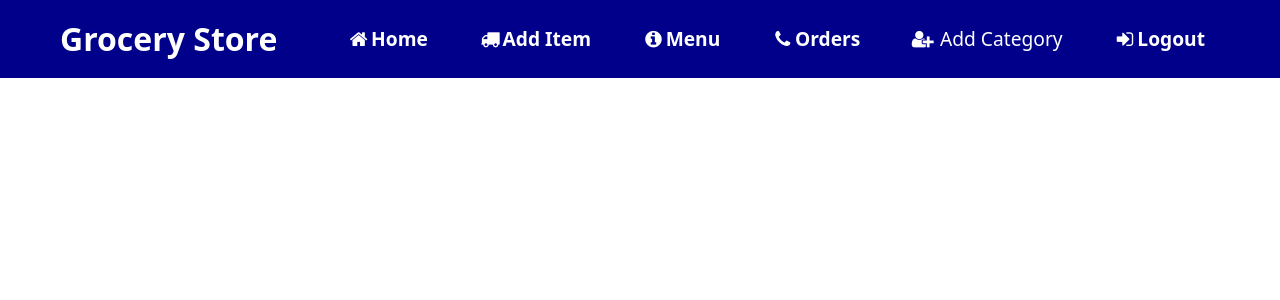
Repository: NagaMounikaY/GroceriesSubscriptionBookingManagement
Page: http://localhost/GroceriesSubBookingSystem/sellerHeader.jsp
An editor plug-in stored every save of this project. The page is shown before and after the next save, followed by the edit.
The browser window is 1280 px wide. The pictures show the whole page.
The page is served by Tomcat 9. Other server files are loaded and not shown.

Above is the page before, as saved 2024-09-13 17:04:10.

### GroceriesSubBookingSystem/src/main/webapp/sellerHeader.jsp
<%@ page language="java" contentType="text/html; charset=ISO-8859-1"
	pageEncoding="ISO-8859-1" isELIgnored="false"%>
<!DOCTYPE html PUBLIC "-//W3C//DTD HTML 4.01 Transitional//EN" "http://www.w3.org/TR/html4/loose.dtd">
<html>
<head>
<meta http-equiv="Content-Type" content="text/html; charset=ISO-8859-1">
<title>Courier Booking System</title>
<link
	href="https://stackpath.bootstrapcdn.com/bootstrap/5.3.0/css/bootstrap.min.css"
	rel="stylesheet">
<link rel="stylesheet"
	href="https://cdnjs.cloudflare.com/ajax/libs/font-awesome/4.7.0/css/font-awesome.min.css">
<style>
/* Header */
header {
	background: #00008B;
	color: #fff;
	padding: 15px 0;
	position: fixed;
	width: 100%;
	top: 0;
	left: 0;
	z-index: 1000;
}

header .container {
	display: flex;
	justify-content: space-between;
	align-items: center;
	max-width: 1200px;
	margin: 0 auto;
	padding: 0 20px;
}

header .logo {
	font-size: 2em; /* Increased size for the logo */
	font-weight: bold;
}

header nav ul {
	list-style: none;
	display: flex;
	margin: 0;
}

header nav ul li {
	margin-left: 20px;
}

header nav ul li a {
	color: #fff;
	text-decoration: none;
	padding: 10px 15px; /* Increased padding for better click area */
	font-size: 1.2em; /* Increased font size for navigation links */
	border-radius: 5px;
}

header nav ul li a:hover {
	background: #575757;
}
</style>
</head>
<body>
	<!-- Header -->
	<header>
	<div class="container">
		<div class="logo">
			Grocery Store
		</div>
		<nav>
		<ul>
			<li><a href="${pageContext.request.contextPath}/home.jsp"><i
					class="fa fa-fw fa-home"></i><strong>Home</strong></a></li>
			<li><a href="${pageContext.request.contextPath}/groceries/add"><i
					class="fa fa-fw fa-truck"></i><strong>Add Item</strong></a></li>
			<li><a href="${pageContext.request.contextPath}/groceries/list"><i
					class="fa fa-fw fa-info-circle"></i><strong>Menu</strong></a></li>
			<li><a href="${pageContext.request.contextPath}/orders/viewOrders"><i class="fa fa-fw fa-phone"></i><strong>Orders</strong></a></li>
			<li><a
				href="${pageContext.request.contextPath}/categories/add"><i
					class="fa fa-fw fa-user-plus"></i> Add Category</a></li>

			<li><a href="${pageContext.request.contextPath}/home.jsp"><i
					class="fa fa-fw fa-sign-in"></i><strong>Logout</strong></a></li>
		</ul>
		</nav>
	</div>
	</header>

	<script src="https://code.jquery.com/jquery-3.5.1.slim.min.js"></script>
	<script
		src="https://cdn.jsdelivr.net/npm/@popperjs/core@2.11.6/dist/umd/popper.min.js"></script>
	<script
		src="https://stackpath.bootstrapcdn.com/bootstrap/5.3.0/js/bootstrap.bundle.min.js"></script>

</body>
</html>

After the next save:
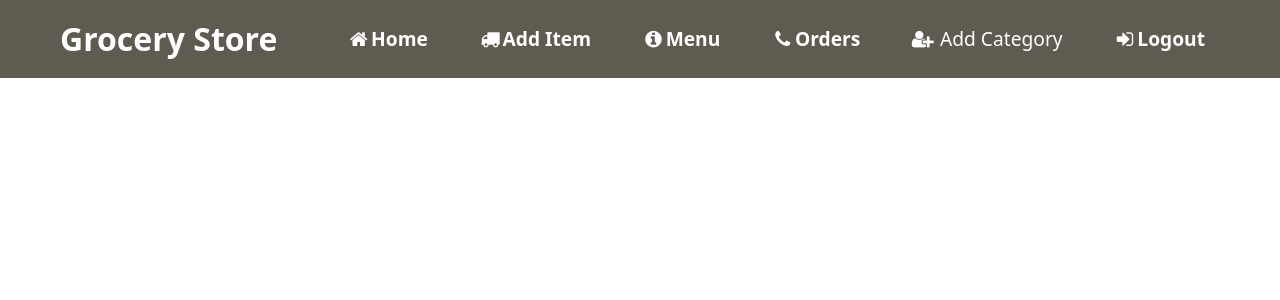
Saved 63 s later.
--- a/GroceriesSubBookingSystem/src/main/webapp/sellerHeader.jsp
+++ b/GroceriesSubBookingSystem/src/main/webapp/sellerHeader.jsp
@@ -13,7 +13,7 @@
 <style>
 /* Header */
 header {
-	background: #00008B;
+	background:rgba(56, 51, 37, 0.8);
 	color: #fff;
 	padding: 15px 0;
 	position: fixed;
